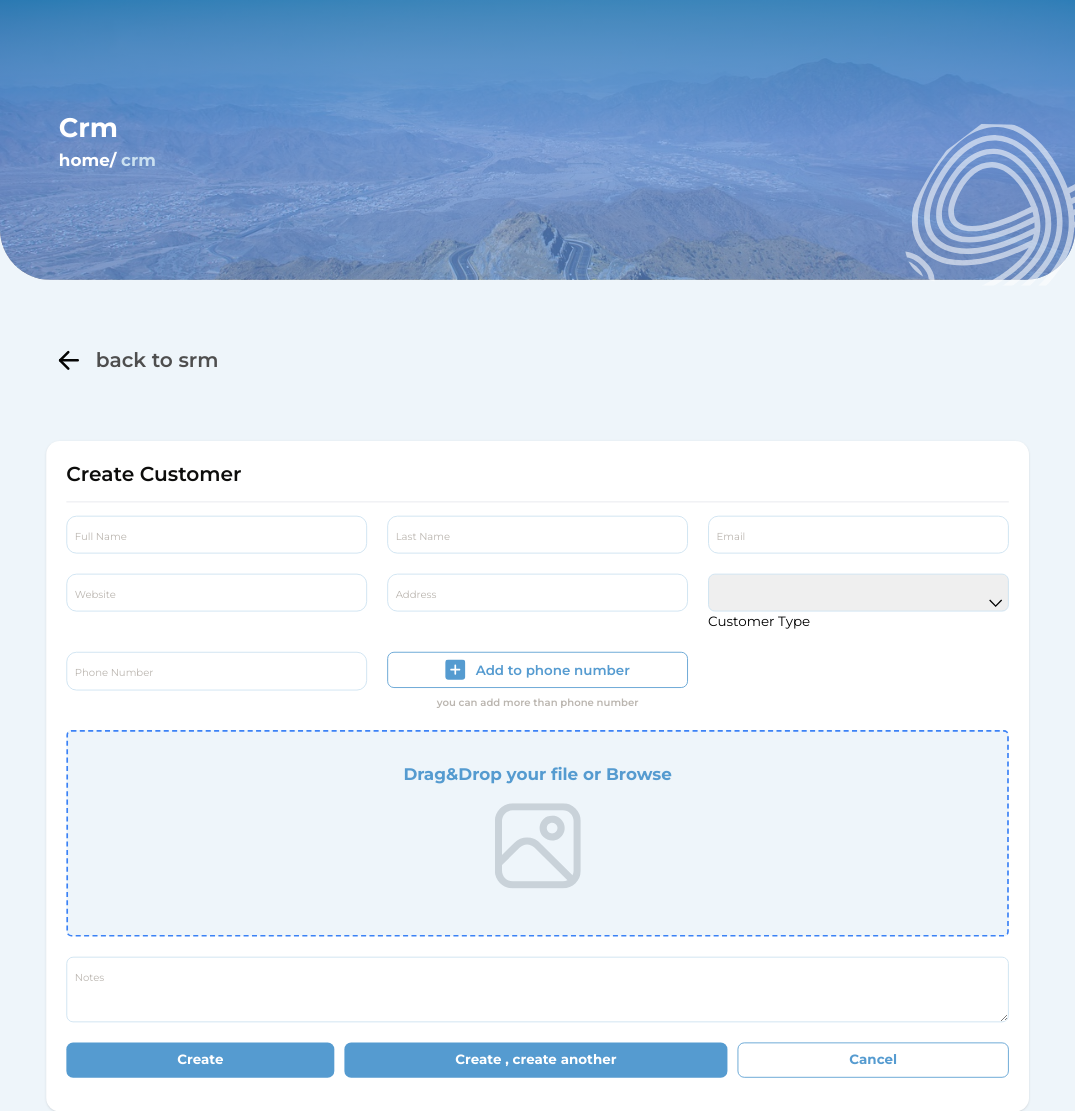
Repository: Abdelrhman-asker-smart/JsdcPIF
Page: create-customer.html
The author's editor kept a copy of each file at every save. The page is drawn from the files as they stood at one save, then again after the next save.
The browser window is 1280 px wide. The pictures show the whole page, at 84% of full size.
Some web libraries are served in a nearby version.

Above is the page before, as saved 2025-03-09 13:54:46.

After the next save:
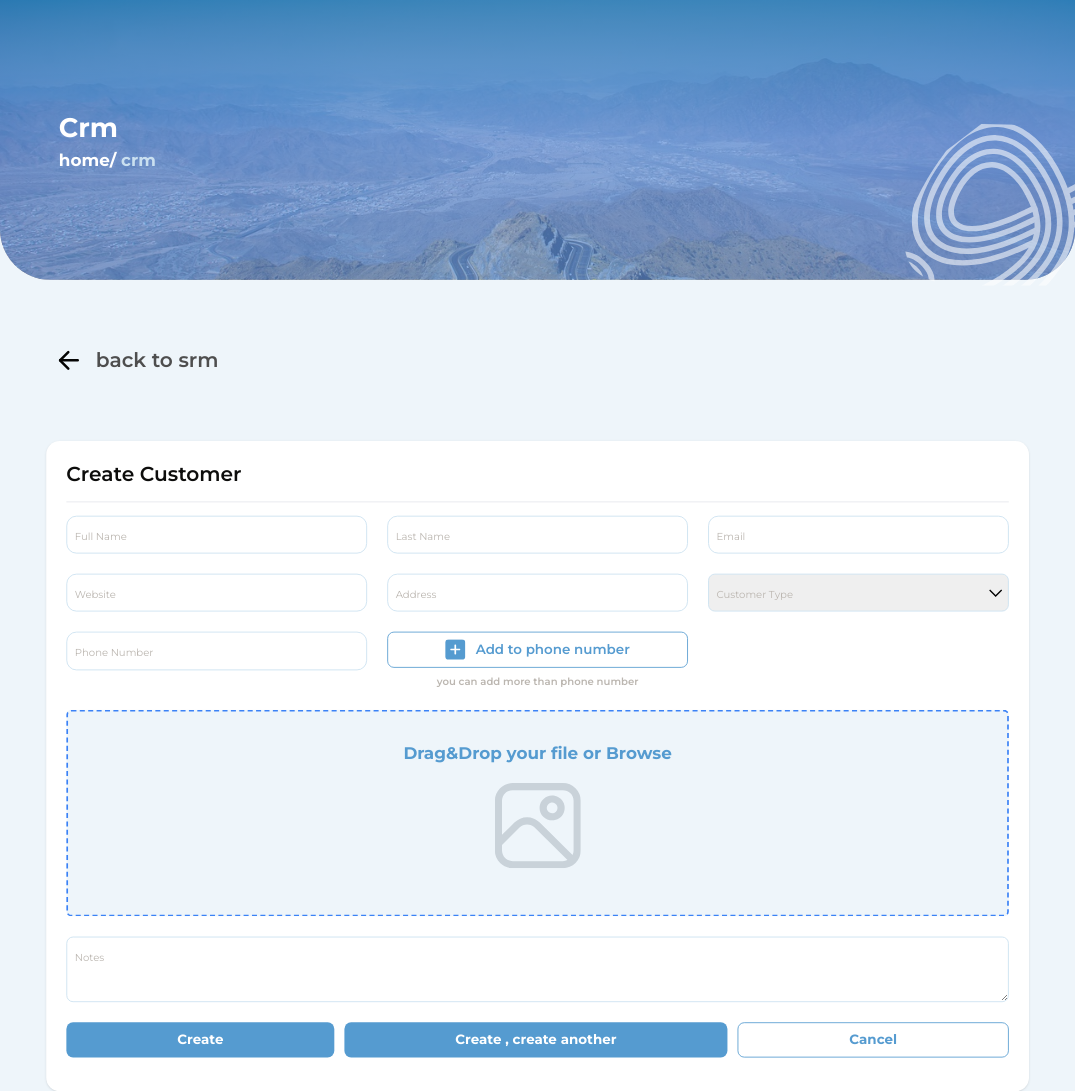
Saved 37 s later.
--- a/create-customer.html
+++ b/create-customer.html
@@ -50,7 +50,7 @@
       color: transparent;
     }
 
-    .floating-label {
+    .floating-label,.floating-label-select {
       position: absolute;
       left: 0.625rem;
       top: 1rem;
